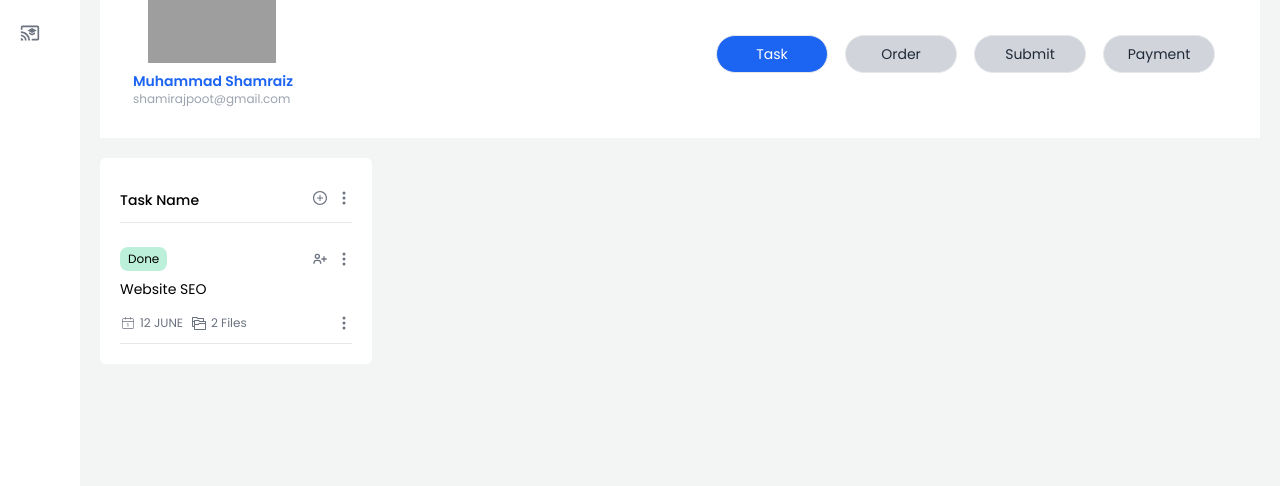
Repository: Shamraiz761/Frontend-Assessment
Page: /
These files come from the project's save history. The page is drawn as it stood at one moment and after the next save; the edit follows.
The browser window is 1280 px wide. The pictures show the part of the page from y = 234 to 739 px (the page is 720 px tall before and 739 px after).
Pictures or frames that could not be fetched are drawn as grey boxes. The project was rebuilt for these pictures with package versions that can differ from the ones it lists, and the page was loaded fresh each time. Also part of the build but not shown: vite.config.js. Imported but missing from the stored project, and not drawn on this page: src/pages/auth/login.

Above is the page before, as saved 2023-06-08 16:01:43.

### src/main.jsx
import ReactDOM from 'react-dom/client'

import React from 'react'

import App from './App.jsx'
import './index.css'

ReactDOM.createRoot(document.getElementById('root')).render(
  <React.StrictMode>
    <App />
  </React.StrictMode>,
)

### src/App.jsx
import React from 'react'
import { DndProvider } from 'react-dnd'
import { HTML5Backend } from 'react-dnd-html5-backend'
import 'flowbite'

import AppRoutes from './routes'

export default function App() {
  return (
    <DndProvider backend={HTML5Backend}>
      <AppRoutes />
    </DndProvider>
  )
}

### src/index.css
@import url("https://fonts.googleapis.com/css2?family=Poppins:wght@400;500;600;700;800;900&display=swap");

@tailwind base;
@tailwind components;
@tailwind utilities;

* {
  margin: 0;
  padding: 0;
}

body {
  margin: 0;
  font-family: "Poppins", -apple-system, BlinkMacSystemFont, "Segoe UI",
    "Roboto", "Oxygen", "Ubuntu", "Cantarell", "Fira Sans", "Droid Sans",
    "Helvetica Neue", sans-serif;
  -webkit-font-smoothing: antialiased;
  -moz-osx-font-smoothing: grayscale;
  width: 100vw;
  overflow-x: hidden;
  background-color: #f2f5f3;
  /* background: linear-gradient(180deg, #faefe8 0%, #edc7ac 100%); */
}

code {
  font-family: source-code-pro, Menlo, Monaco, Consolas, "Courier New",
    monospace;
}

.pointer-cursor {
  cursor: pointer;
}

.cusBorder {
  border: 1px solid #000;
  border-radius: 5px;
}

img {
  cursor: pointer;
}
.errors {
  color: #dc3545;
  padding: 0;
  margin: 0;
  font-size: 12px;
}
.loader {
  position: fixed;
  top: 0;
  bottom: 0;
  left: 0;
  right: 0;
  background-color: rgba(47, 151, 161, 0.32);

  display: flex;
  justify-content: center;
  align-items: center;
}

.link {
  color: #000;
  cursor: pointer;
  text-decoration: none;
}
.link:hover {
  color: #000;
}

.trans-btn {
  background-color: transparent;
  border: none;
}
.profile-logout-btn {
  border: 0;
}
.profile-logout-btn:hover {
  border: 0;
}
.profile-btn {
  border-radius: 0;
  border: 0;
}
.logout-btn {
  border-radius: 0;
  border: 0;
}
.logout-btn:hover {
  background-color: rgba(220, 53, 69, 0.5);
  border: 0;
  color: #fff;
}
.breadcrumbs ul {
  list-style: none;
  display: inline-block;
}

.breadcrumbs ul li {
  display: inline;
}

.breadcrumbs ul li .bc-link {
  /* display: block; */
  width: max-content;
  background-color: #f8f9fa;
  padding: 6px 15px 6px 25px;
  text-align: center;
  position: relative;
  margin: 0 10px 0 0;
  font-size: 15px;
  text-decoration: none;
  color: #000;
}
.breadcrumbs ul li .bc-link::after {
  content: "";
  border-top: 17px solid transparent;
  border-bottom: 17px solid transparent;
  border-left: 17px solid #f8f9fa;
  position: absolute;
  top: 0;
  right: -17px;
  z-index: 1;
}
.breadcrumbs ul li .bc-link::before {
  content: "";
  border-top: 17px solid transparent;
  border-bottom: 17px solid transparent;
  border-left: 17px solid #71cdd5;
  position: absolute;
  top: 0;
  left: 0;
}
.breadcrumbs ul li:first-child .bc-link {
  border-top-left-radius: 5px;
  border-bottom-left-radius: 5px;
}
.breadcrumbs ul li:first-child .bc-link::before {
  display: none;
}

.breadcrumbs ul li:last-child .bc-link {
  padding-right: 20px;
  border-top-right-radius: 5px;
  border-bottom-right-radius: 5px;
}
.breadcrumbs ul li:last-child .bc-link::after {
  display: none;
}

@media screen and (max-width: 500px) {
  .breadcrumbs ul li .bc-link {
    /* display: block; */
    padding: 2px 2px 2px 13px;
    /* margin: 0 10px 0 0; */
    font-size: 14px;
  }

  .breadcrumbs ul li .bc-link::after {
    content: "";
    border-top: 11.6px solid transparent;
    border-bottom: 11.6px solid transparent;
    border-left: 11.6px solid #f8f9fa;
    position: absolute;
    top: 0;
    right: -11.6px;
    z-index: 1;
  }
  .breadcrumbs ul li .bc-link::before {
    content: "";
    border-top: 11.6px solid transparent;
    border-bottom: 11.6px solid transparent;
    border-left: 11.6px solid #71cdd5;
    position: absolute;
    top: 0;
    left: 0;
  }
  .breadcrumbs ul li:last-child .bc-link {
    padding-right: 5px;
  }
}

@media screen and (max-width: 350px) {
  .breadcrumbs ul li .bc-link {
    /* display: block; */
    padding: 2px 2px 2px 12px;
    /* margin: 0 10px 0 0; */
    font-size: 10px;
  }

  .breadcrumbs ul li .bc-link::after {
    content: "";
    border-top: 9px solid transparent;
    border-bottom: 9px solid transparent;
    border-left: 9px solid #f8f9fa;
    position: absolute;
    top: 0;
    right: -9px;
    z-index: 1;
  }
  .breadcrumbs ul li .bc-link::before {
    content: "";
    border-top: 9px solid transparent;
    border-bottom: 9px solid transparent;
    border-left: 9px solid #edc7ac;
    position: absolute;
    top: 0;
    left: 0;
  }
  .breadcrumbs ul li:last-child .bc-link {
    padding-right: 5px;
  }
}

/* ********************************************** */

### src/routes/index.jsx
import {
  createBrowserRouter,
  createRoutesFromElements,
  RouterProvider,
  Route,
} from "react-router-dom";

import * as React from "react";

import Layout from "./layout";
import Root from "./root";

import Home from "../pages/dashboard";
import Login from "../pages/auth/login";
import Header from "../components/header/index";

export default function AppRoutes() {
  const router = createBrowserRouter(
    createRoutesFromElements(
      <Route path="/" element={<Root />}>
        <Route path="/login" element={<Login />} />

        <Route element={<Layout />}>
          <Route path="/" element={<Home />} />
        </Route>
      </Route>
    )
  );

  return <RouterProvider router={router} />;
}

### src/routes/layout.jsx
import { Link, Outlet, useNavigate } from "react-router-dom";
import { Gi3DGlasses } from "react-icons/gi";
import { CgProfile } from "react-icons/cg";
import { BsArrowLeft, BsFillChatSquareTextFill } from "react-icons/bs";
import { MdOutlineDashboard, MdOutlineCastForEducation } from "react-icons/md";

import React, { useState } from "react";
import Header from "../components/header/index";

export default function Layout() {
  const [open, setOpen] = useState(false);
  const [type, setType] = useState(false);
  const navigate = useNavigate();
  return (
    <div>
      {/* {loading && <LoadingSpinner asOverlay />} */}
      <div
        className={` h-screen bg-white  p-3 ${
          open ? "w-56" : "w-20"
        } fixed top-0 sidebar z-50`}
      >
        {/* Logo */}

        <div className="flex flex-row justify-center">
          <svg
            width="67"
            height="67"
            viewBox="0 0 67 67"
            fill="none"
            xmlns="http://www.w3.org/2000/svg"
            className={` text-4xl block float-left cursor-pointer rounded duration-500 ${
              !open && "rotate-[360deg]"
            }`}
            onClick={() => {
              setOpen(!open);
              setType(false);
            }}
          >
            <path
              d="M22.138 15.2984L30.8759 24.0363C32.3276 25.488 34.7005 25.488 36.1522 24.0363L44.8901 15.2984C47.2351 12.9534 45.588 8.90552 42.238 8.90552H24.7622C21.4401 8.90552 19.7651 12.9534 22.138 15.2984Z"
              fill="#208FF5"
            />
            <path
              d="M22.138 51.7017L30.8759 42.9637C32.3276 41.5121 34.7005 41.5121 36.1522 42.9637L44.8901 51.7017C47.2351 54.0467 45.588 58.0946 42.238 58.0946H24.7622C21.4401 58.0946 19.7651 54.0467 22.138 51.7017Z"
              fill="#208FF5"
            />
            <path
              d="M6.03002 31.9088L12.423 21.8588C13.428 20.2676 15.6614 20.0163 17.0014 21.3563L27.0514 31.4063C28.1959 32.5509 28.1959 34.4213 27.0514 35.5659L17.0014 45.6159C15.6614 46.9559 13.456 46.7047 12.423 45.1134L6.03002 35.0634C5.44377 34.1142 5.44377 32.8859 6.03002 31.9088Z"
              fill="#208FF5"
            />
            <path
              d="M60.9701 31.9088L54.5771 21.8588C53.5721 20.2676 51.3387 20.0163 49.9987 21.3563L39.9488 31.4063C38.8042 32.5509 38.8042 34.4213 39.9488 35.5659L49.9987 45.6159C51.3387 46.9559 53.5442 46.7047 54.5771 45.1134L60.9701 35.0634C61.5563 34.1142 61.5563 32.8859 60.9701 31.9088Z"
              fill="#208FF5"
            />
          </svg>
        </div>

        {/* Search */}

        <ul className="pt-2">
          {/* Dashboard */}
          <Link
            to="/"
            className={` rounded-md text-gray-500  text-xs flex items-center gap-x-4 cursor-pointer hover:bg-gray-50 hover:text-blue-500 py-4 p-2`}
          >
            <span className="text-xl block float-left">
              <MdOutlineDashboard />
            </span>
            <span
              className={` text-sm font-md flex-1
          ${!open && "hidden"}`}
            >
              Marketplace
            </span>
          </Link>

          <Link
            className={` rounded-md text-gray-500  text-xs flex items-center gap-x-4 cursor-pointer hover:bg-gray-50 hover:text-blue-500 py-4 p-2`}
            to="/profile"
          >
            <span className="text-xl block float-left">
              <CgProfile />
            </span>
            <span
              className={` text-xs font-md flex-1
          ${!open && "hidden"}`}
            >
              Profile
            </span>
          </Link>

          {/* Lens */}
          <Link
            className={` rounded-md text-gray-500  text-xs flex items-center gap-x-4 cursor-pointer hover:bg-gray-50 hover:text-blue-500 py-4 p-2`}
            to="/chat"
          >
            <span className="text-lg block float-left">
              <BsFillChatSquareTextFill />
            </span>
            <span
              className={` text-xs font-md flex-1
          ${!open && "hidden"}`}
            >
              Chat
            </span>
          </Link>

          {/* Orders */}
          <Link
            className={` rounded-md text-gray-500  text-xs flex items-center gap-x-4 cursor-pointer hover:bg-gray-50 hover:text-blue-500 py-4 p-2`}
            to="/education"
          >
            <span className="text-xl block float-left">
              <MdOutlineCastForEducation />
            </span>
            <span
              className={` text-xs font-md flex-1
          ${!open && "hidden"}`}
            >
              Education
            </span>
          </Link>
        </ul>
      </div>
      <div className={` ${open ? "ml-56" : "ml-20"}`}>
        <Header />
        <Outlet />
      </div>
    </div>
  );
}

### src/routes/root.jsx
import { Outlet } from 'react-router-dom'

import React from 'react'

export default function Root() {
    return (
        <Outlet />
    )
}

### src/pages/Dashboard/index.jsx
import { AiOutlinePlusCircle } from "react-icons/ai";
import { BsThreeDotsVertical } from "react-icons/bs";

import React from "react";

import "./index.css";
import Profile from "../../components/dashboard/profile";
import Card from "../../components/dashboard/card";

function Home() {
  return (
    <div>
      <Profile />
      <div className="m-5 grid grid-cols-1 sm:grid-cols-2 md:grid-cols-4 gap-6 ">
        <div className="bg-white p-5 rounded-md">
          <div className="flex flex-row justify-between py-3 border-b">
            <div className="text-sm font-medium">Task Name</div>
            <div className="flex flex-row text-gray-500">
              <AiOutlinePlusCircle className="mr-2" />
              <BsThreeDotsVertical />
            </div>
          </div>
          <Card />
        </div>
      </div>
    </div>
  );
}
export default Home;

### src/components/header/index.jsx
import { IoIosNotifications } from "react-icons/io";

import React from "react";
import { CgProfile } from "react-icons/cg";

function Header() {
  return (
    <div>
      {/* component */}
      <nav className=" bg-white w-full flex relative justify-between items-center mx-auto px-8 py-4 h-16">
        {/* search bar */}
        <div className="hidden sm:block flex-shrink flex-grow-0 justify-start px-2">
          <div className="inline-block">
            <div className="inline-flex items-center max-w-full">
              <input
                className="flex items-center text-gray-400 bg-slate-50 justify-between  flex-grow-0  relative w-72 border rounded-lg  py-1"
                type="search"
                placeholder="Search"
              />

              <div className="flex items-center justify-center relative  h-8 w-24 rounded-full"></div>
            </div>
          </div>
        </div>

        <div className="flex-initial">
          <div className="flex justify-end items-center relative">
            <div className="block">
              <div className="inline relative sm:flex sm:flex-row sm:justify-center">
                <button
                  type="button"
                  className="inline-flex items-center relative px-2  rounded-full hover:shadow-lg"
                >
                  <IoIosNotifications className="text-gray-400 text-xl" />
                </button>
                <button
                  type="button"
                  className="inline-flex items-center relative px-2  rounded-full hover:shadow-lg"
                >
                  <CgProfile className="text-gray-400 text-xl" />
                </button>
              </div>
            </div>
          </div>
        </div>
        {/* end login */}
      </nav>
    </div>
  );
}

export default Header;

### src/pages/Dashboard/index.css
.dashboard-cover-iamge{
    background: url("../../assets/images/dashboard-back.png");
    background-position: center;
    background-repeat: no-repeat;
    background-size: cover;

}

### src/components/dashboard/profile.jsx
import profile from "../../assets/images/Ellipse 1631.png";

import React from "react";

function Profile() {
  return (
    <div className="m-5  w-[11/12] md:h-72 h-[360px]  bg-white">
      <div className="dashboard-cover-iamge h-[150px]  w-[100%]"></div>
      <div className="grid lg:grid-cols-2 grid-cols-1 md:grid-cols-2 flex-row justify-between flex-wrap">
        <div className="ml-12">
          <img src={profile} className="h-32 w-32 mt-[-65px]  " />
          <h1 className="text-blue-600 font-semibold text-sm ml-[-15px] mt-2">
            Muhammad Shamraiz
          </h1>
          <p className="text-gray-400 text-xs font-thin ml-[-15px]">
            shamirajpoot@gmail.com
          </p>
        </div>
        <div className="grid my-3 grid-cols-2 lg:grid-cols-4 md:justify-end justify-between mx-8 items-center ">
          <button className="btn border  rounded-full w-24 lg:w-28 m-1  px-4 py-2 bg-blue-600 text-sm  text-white">
            Task
          </button>
          <button className="btn border  rounded-full w-24 lg:w-28 m-1 px-4 py-2 bg-gray-300 text-sm  text-gray-800">
            Order
          </button>
          <button className="btn border  rounded-full w-24 lg:w-28  m-1 px-4 py-2 bg-gray-300 text-sm  text-gray-800">
            Submit
          </button>
          <button className="btn border  rounded-full w-24 lg:w-28 m-1 px-4 py-2 bg-gray-300 text-sm  text-gray-800">
            Payment
          </button>
        </div>
      </div>
    </div>
  );
}

export default Profile;

### src/components/dashboard/card.jsx
import { BiUserPlus } from "react-icons/bi";
import { CiCalendarDate } from "react-icons/ci";
import { VscFileSubmodule } from "react-icons/vsc";
import { BsThreeDotsVertical } from "react-icons/bs";

import React from "react";

function Card() {
  return (
    <div className="border-b py-3">
      <div className="flex flex-row justify-between mt-3 ">
        <span className="bg-green-200 px-2 py-1 rounded-lg text-xs font-thin">
          Done
        </span>
        <div className="flex flex-row text-gray-500 mt-1">
          <BiUserPlus className="mr-2 " />
          <BsThreeDotsVertical />
        </div>
      </div>
      <h1 className="text-sm my-2">Website SEO</h1>

      <div className="flex flex-row justify-between mt-3">
        <div className="flex flex-row">
          <div className="flex flex-row text-gray-500 mt-1">
            <CiCalendarDate className="mr-1" />
            <p className="text-xs font-thin text-gray-500 mr-2">12 JUNE</p>
          </div>
          <div className="flex flex-row text-gray-500 mt-1">
            <VscFileSubmodule className="mr-1" />
            <p className="text-xs font-thin text-gray-500 mr-2">2 Files</p>
          </div>
        </div>
        <div className="flex flex-row text-gray-500 mt-1">
          <BsThreeDotsVertical />
        </div>
      </div>
    </div>
  );
}

export default Card;

### tailwind.config.cjs
const colors = require('tailwindcss/colors');
const defaultTheme = require('tailwindcss/defaultTheme');

module.exports = {
  content: ['./src/**/*.{js,jsx,ts,tsx}', "node_modules/flowbite/**/*.js"],
  theme: {
    extend: {
      colors: {
        // set primary color from figma
        // primary: {
        // },
      },
      fontFamily: {
        poppins: ['Poppins', ...defaultTheme.fontFamily.sans],
      },
      fontSize: {
        xxs: '0.5rem',
      },
    },
  },
  plugins: [
    require('flowbite/plugin')
  ],

};

Loaded but not shown: index.html (common file)

After the next save:
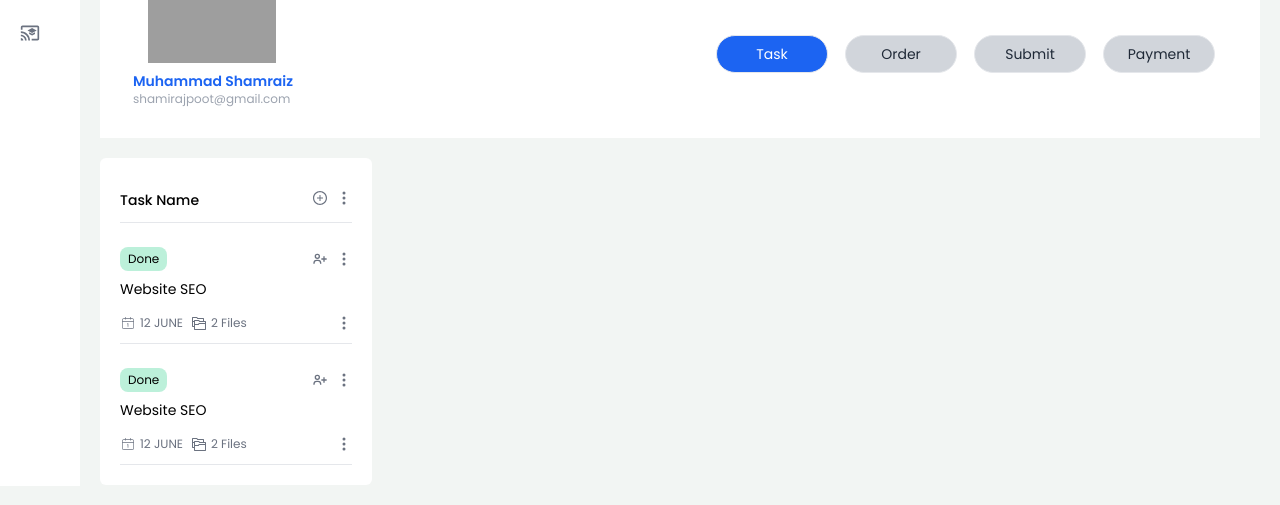
Saved 8 s later.
--- a/src/pages/Dashboard/index.jsx
+++ b/src/pages/Dashboard/index.jsx
@@ -21,6 +21,7 @@ function Home() {
             </div>
           </div>
           <Card />
+          <Card />
         </div>
       </div>
     </div>
